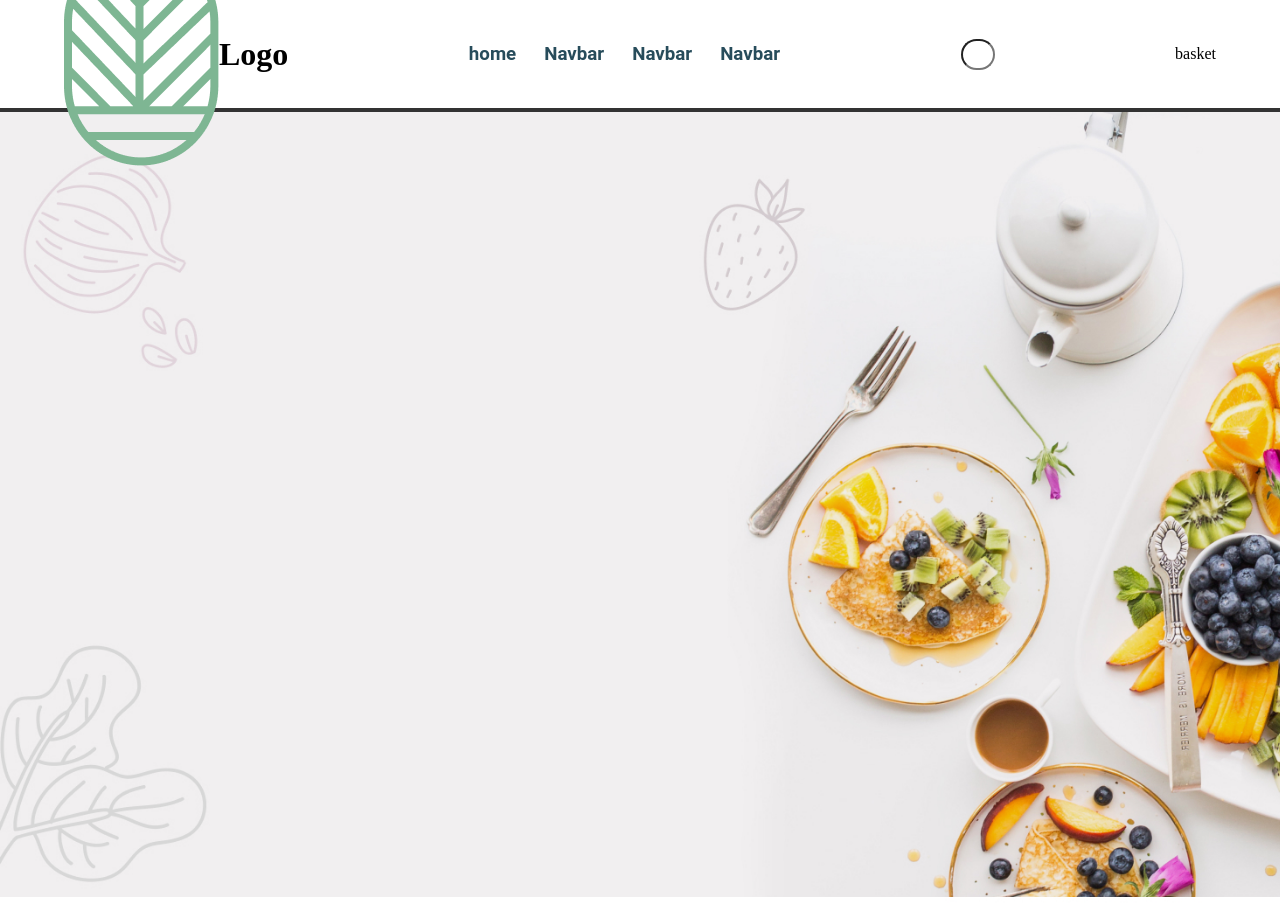
Repository: Islam432/Islam-and-Arsi---team
Page: /
The author's editor kept a copy of each file at every save. The page is drawn from the files as they stood at one save, then again after the next save.
The browser window is 1280 px wide. The pictures show the whole page.
The project was rebuilt for these pictures with package versions that can differ from the ones it lists, and the page was loaded fresh each time. Also part of the build but not shown: vite.config.js, src/App.css, src/components/Comp/Comp.jsx.

Above is the page before, as saved 2023-03-12 00:09:14.

After the next save:
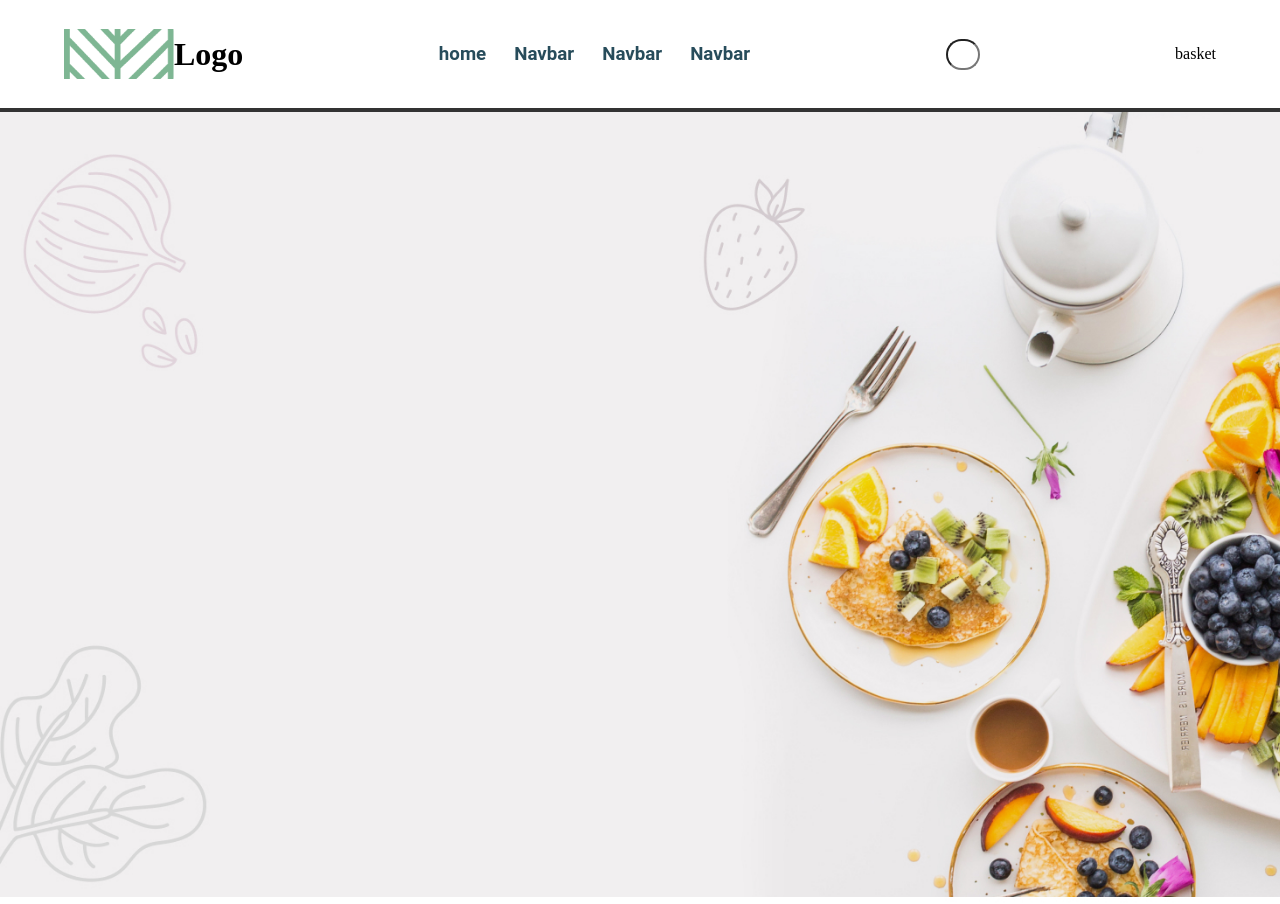
Saved 16 s later.
--- a/src/components/Navbar/Navbar.module.css
+++ b/src/components/Navbar/Navbar.module.css
@@ -10,12 +10,12 @@ border-bottom: 4px solid #333;
 .logo{
   display: flex;
   align-items: center;
-
 }
 .logoimg{
-
+width: 110px;
+height: 50px;
 object-fit: cover;
-
+background-size: cover;
 
 }
 
